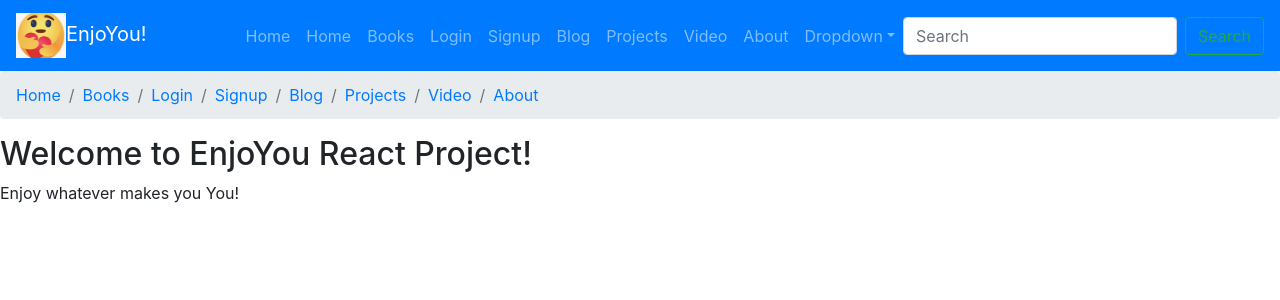
Repository: ebo-arcadia/enjoyou
Page: /home
These files come from the project's save history. The page is drawn as it stood at one moment and after the next save; the edit follows.
The browser window is 1280 px wide. The pictures show the whole page.
The project was rebuilt for these pictures with package versions that can differ from the ones it lists, and the page was loaded fresh each time. Also part of the build but not shown: src/components/BooksList.js, src/containers/Login.js, src/containers/signup.js, src/containers/blog.js, src/containers/Projects.js, src/containers/video.js, src/components/About.js.

Above is the page before, as saved 2021-04-20 17:39:00.

After the next save:
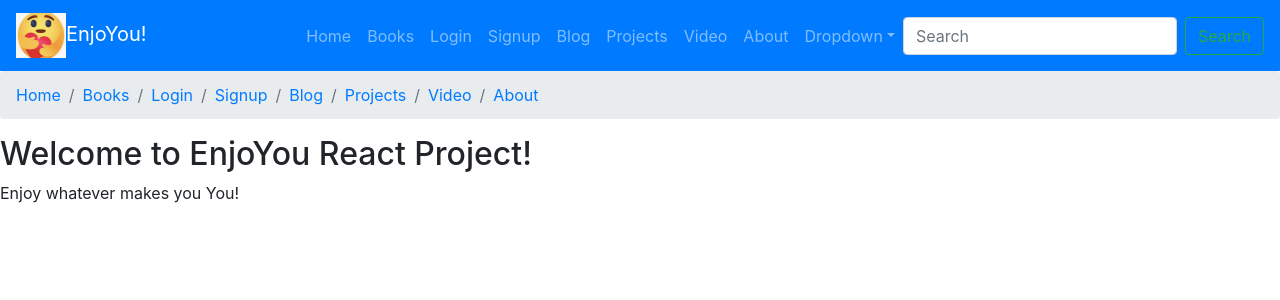
Saved 16 s later.
--- a/src/components/NavigationBar.js
+++ b/src/components/NavigationBar.js
@@ -10,7 +10,6 @@ const NavigationBar = () => {
         <Navbar.Collapse id="basic-navbar-nav">
           <Nav className="ml-auto">
             <Nav.Link href="/">Home</Nav.Link>
-            <Nav.Link href="home">Home</Nav.Link>
             <Nav.Link href="books">Books</Nav.Link>
             <Nav.Link href="login">Login</Nav.Link>
             <Nav.Link href="signup">Signup</Nav.Link>
